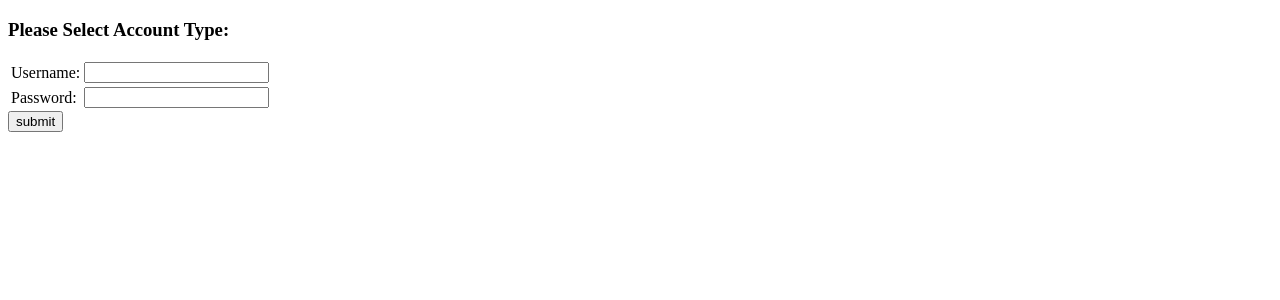
Repository: txnixhq/data_mgmt
Page: http://localhost/ProjectCS336/WelcomePage.jsp
An editor plug-in stored every save of this project. The page is shown before and after the next save, followed by the edit.
The browser window is 1280 px wide. The pictures show the whole page.
The page is served by Tomcat 9.

Above is the page before, as saved 2023-12-12 02:55:35.

After the next save:
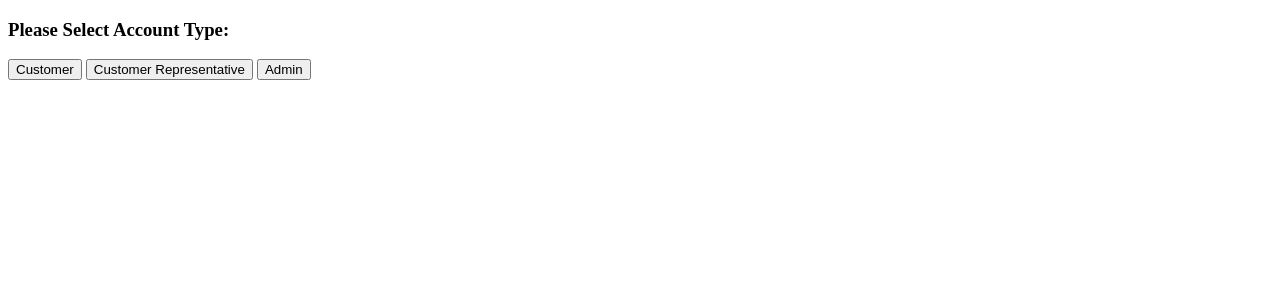
Saved 6 min 7 s later.
--- a/ProjectCS336/src/main/webapp/WelcomePage.jsp
+++ b/ProjectCS336/src/main/webapp/WelcomePage.jsp
@@ -17,21 +17,9 @@
 
 	<h3> Please Select Account Type: </h3>
 
-	<form method="get" action="SignedIn.jsp">
-		<table>
-			<tr>
-				<td>Username:</td>
-				<td><input type="text" name="username"></td>
-			</tr>
-			<tr>
-				<td>Password:</td>
-				<td><input type="text" name="password"></td>
-			</tr>
-		</table>
-		<input type="submit" value="submit">
-	</form>
-	<br>
-
+	<a href="Customer/CustomerLoginPage.jsp"><button>Customer</button></a>
+	<a href="CustomerRep/CustomerRepLoginPage.jsp"><button>Customer Representative</button></a>
+	<a href="Admin/AdminLoginPage.jsp"><button>Admin</button></a>
 
 
 </body>
